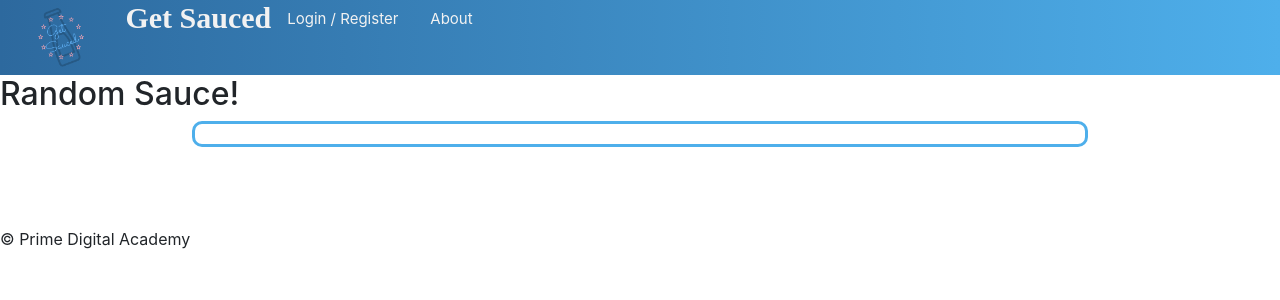
Repository: cossalter18/getSauced
Page: /#/about
The author's editor kept a copy of each file at every save. The page is drawn from the files as they stood at one save, then again after the next save.
The browser window is 1280 px wide. The pictures show the whole page.
The page's requests for data from a server got no answer. The project was rebuilt for these pictures with package versions that can differ from the ones it lists, and the page was loaded fresh each time. No one was signed in, and anything a server would have sent is missing. Also part of the build but not shown: src/components/LogOutButton/LogOutButton.js, src/components/LoginPage/LoginPage.js, src/components/RegisterPage/RegisterPage.js, src/components/ProtectedRoute/ProtectedRoute.js, src/components/UserPage/UserPage.js, src/components/BlogPost/BlogPost.js, src/components/NewPost/NewPost.css, src/components/NewPost/NewPost.js and 8 more.

Above is the page before, as saved 2020-06-03 10:04:26.

After the next save:
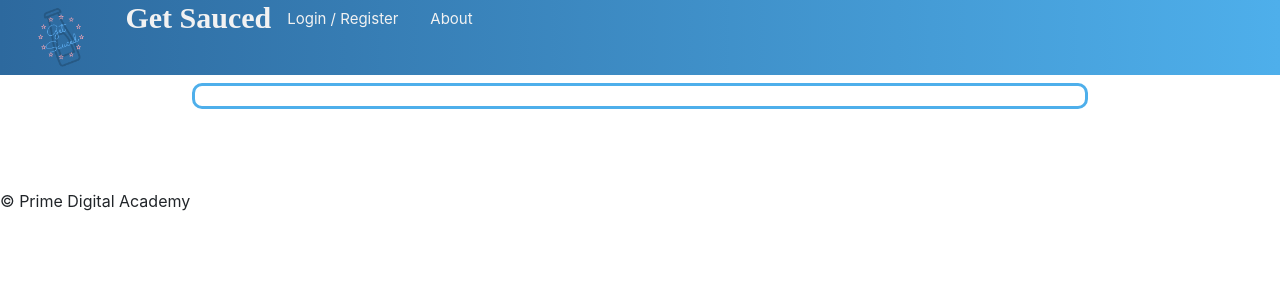
Saved 2 min 31 s later.
--- a/src/components/AboutPage/AboutPage.js
+++ b/src/components/AboutPage/AboutPage.js
@@ -17,7 +17,7 @@
     return (
       <div>
         {/* <p>{JSON.stringify(this.props.reduxState.randomReducer)}</p> */}
-        <h2>Random Sauce!</h2>
+        <h2></h2>
         <div className="randomContainer">
         {this.props.reduxState.randomReducer.map((item) => {
           return (

After the 2 saves that followed:
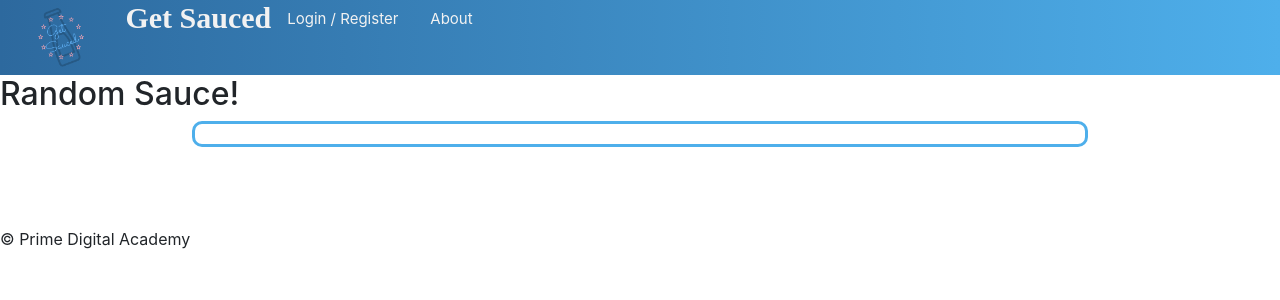
The 2 saves are shown as one change because 1 did not build or start.
The last was saved 8 s later.
--- a/src/components/AboutPage/AboutPage.js
+++ b/src/components/AboutPage/AboutPage.js
@@ -17,7 +17,7 @@
     return (
       <div>
         {/* <p>{JSON.stringify(this.props.reduxState.randomReducer)}</p> */}
-        <h2></h2>
+        <h2>Random Sauce!</h2>
         <div className="randomContainer">
         {this.props.reduxState.randomReducer.map((item) => {
           return (
